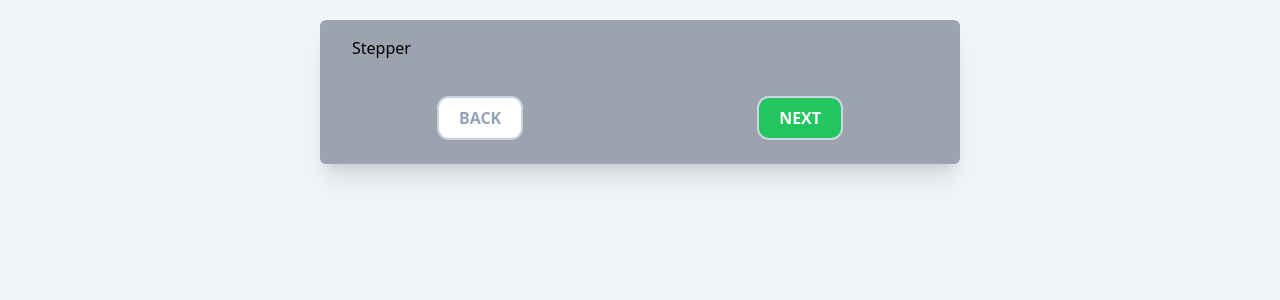
Repository: OmniaRafat232111121/reactstepper
Page: /
These files come from the project's save history. The page is drawn as it stood at one moment and after a run of saves; the edit follows.
The browser window is 1280 px wide. The pictures show the whole page.
The project was rebuilt for these pictures with package versions that can differ from the ones it lists, and the page was loaded fresh each time. Also part of the build but not shown: src/App.css.

Above is the page before, as saved 2023-02-21 23:50:23.

### src/index.css
@tailwind base;
@tailwind components;
@tailwind utilities;


body {
  background: #f1f5f9;
}

code {
  font-family: source-code-pro, Menlo, Monaco, Consolas, 'Courier New',
    monospace;
}

### src/App.js

import './App.css';
import Stepper from './Component/Stepper';
import StepperControl from './Component/StepperControl';
function App() {
  return (
    <div className="md:w-1/2 mx-auto  rounded-md shadow-xl bg-gray-400 pb-2 mt-5">
     {/*stepper*/}
    <div className='container horizontal mt-5'>
    <Stepper/>
    </div>
     {/*StepperCOntrol*/}
     <StepperControl/>
    </div>
  );
}

export default App;

### src/Component/Stepper.js
import React from 'react'

const Stepper = () => {
  return (
    <div className=' mx-4 my-5 p-4 flex justify-between items-center'>
      <h1>Stepper</h1>
    </div>
  )
}

export default Stepper

### src/Component/StepperControl.js
import React from 'react'

const StepperControl = () => {
  return (
    <div className='container  flex justify-around mt-5 mb-4'>
       {/*back button*/}
       <button className='bg-white text-slate-400 font-semibold  uppercase px-5 py-2  rounded-xl
       cursor-pointer border-2 border-slate-300 hover:bg-slate-700 hover:text-white transition duration-200 ease-in-out'>
       Back
       </button>
        {/*next button*/}
        <button className='bg-green-500 text-white font-semibold  uppercase px-5 py-2  rounded-xl
        cursor-pointer border-2 border-slate-300 hover:bg-slate-700 hover:text-white transition duration-200 ease-in-out'>
        Next
        </button>
    </div>
  )
}

export default StepperControl

Loaded but not shown: public/index.html (common file); src/index.js (common file); tailwind.config.js (common file)

After the next 2 saves:
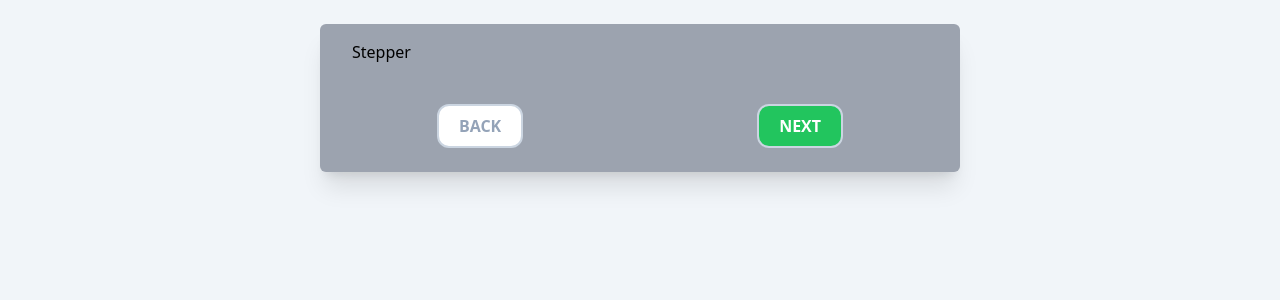
The 2 saves are shown as one change because they came seconds apart.
The last was saved 8 s later.
--- a/src/Component/Stepper.js
+++ b/src/Component/Stepper.js
@@ -2,7 +2,7 @@ import React from 'react'
 
 const Stepper = () => {
   return (
-    <div className=' mx-4 my-5 p-4 flex justify-between items-center'>
+    <div className=' mx-4 my-6 p-4 flex justify-between items-center'>
       <h1>Stepper</h1>
     </div>
   )
